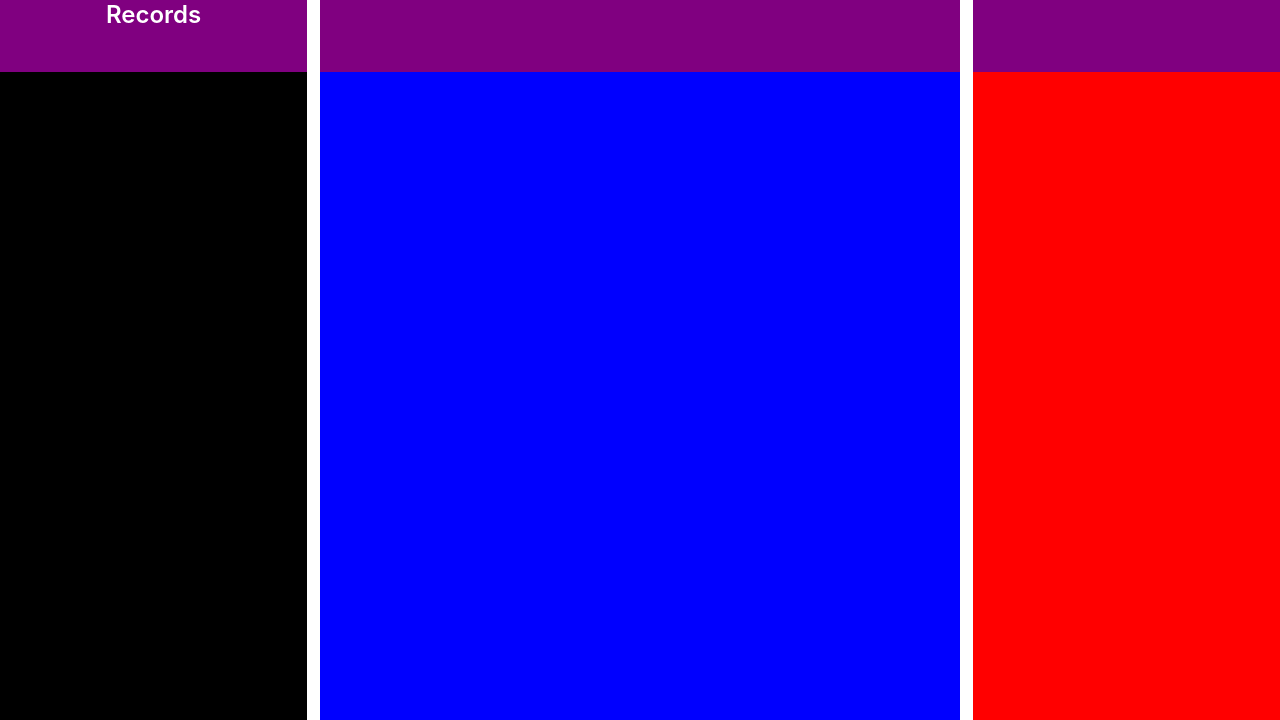
Repository: napan24/classforma_assignment
Page: / (app in client/)
These files come from the project's save history. The page is drawn as it stood at one moment and after the next save; the edit follows.
The browser window is 1280 px wide. The pictures show the whole page.
The project was rebuilt for these pictures with package versions that can differ from the ones it lists, and the page was loaded fresh each time. Also part of the build but not shown: client/src/App.css.

Above is the page before, as saved 2022-07-19 16:31:12.

After the next save:
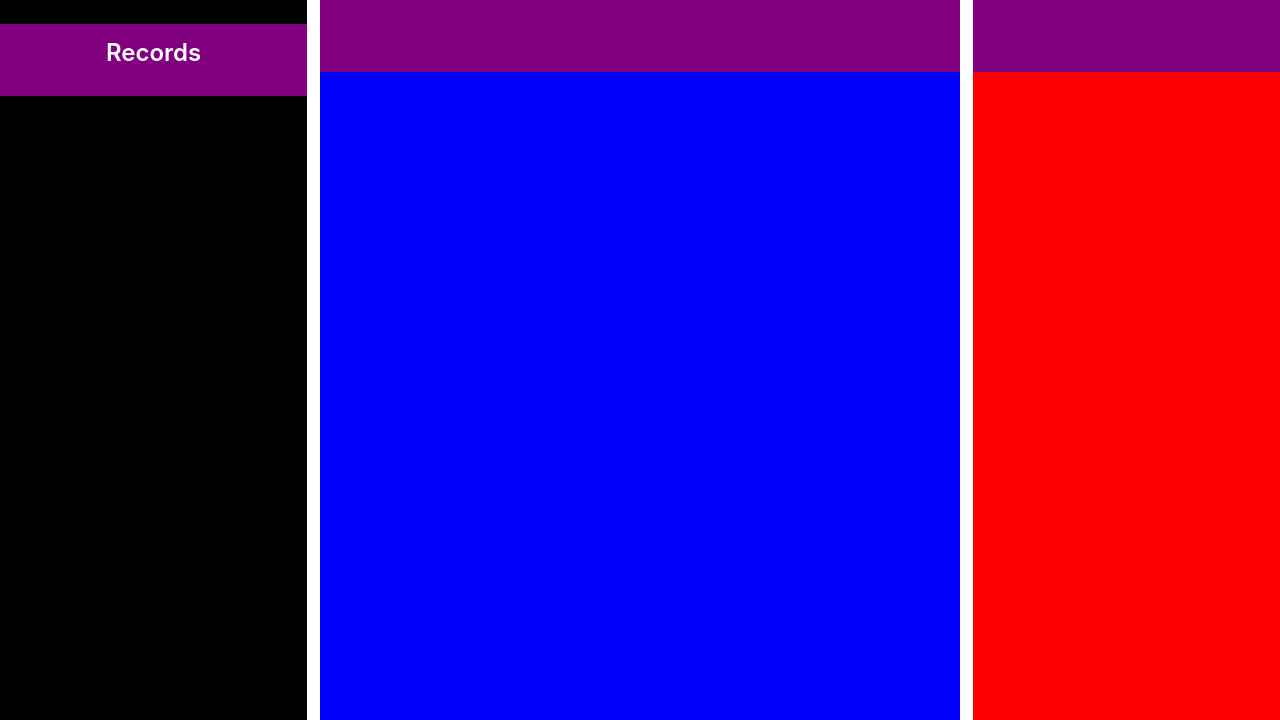
Saved 7 s later.
--- a/client/src/Home.js
+++ b/client/src/Home.js
@@ -6,9 +6,9 @@ const Home = () => {
             <div style={{ display: 'flex', width: "100vw", height: "100vh"}}>
                 <div style={{ width: "24vw", height: "100vh", backgroundColor: "black",marginRight:"1vw" }}>
                     <div style={{ width: "24vw", height: "10vh", backgroundColor: "purple",textAlign:'center',fontSize:'150%',color:"white",fontWeight:"600" }}>
-                        <span style={{paddingTop:"2vh"}}>
+                        <p style={{paddingTop:"2vh"}}>
                         Records
-                        </span>
+                        </p>
                     </div>
                     <div>
 
